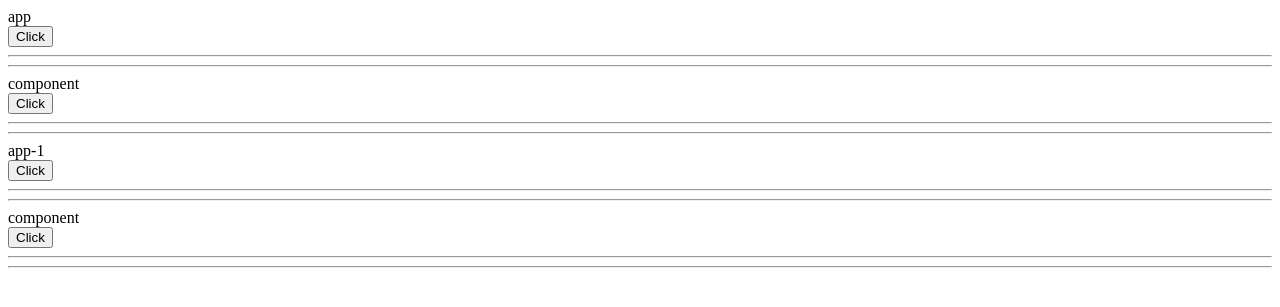
Repository: RyuGeunHwan/code_J
Page: Vuejs/22-08-10 vuejs Vue컴포넌트.html
An editor plug-in stored every save of this project. The page is shown before and after the next save, followed by the edit.
The browser window is 1280 px wide. The pictures show the whole page.

Above is the page before, as saved 2022-08-10 13:38:44.

After the next save:
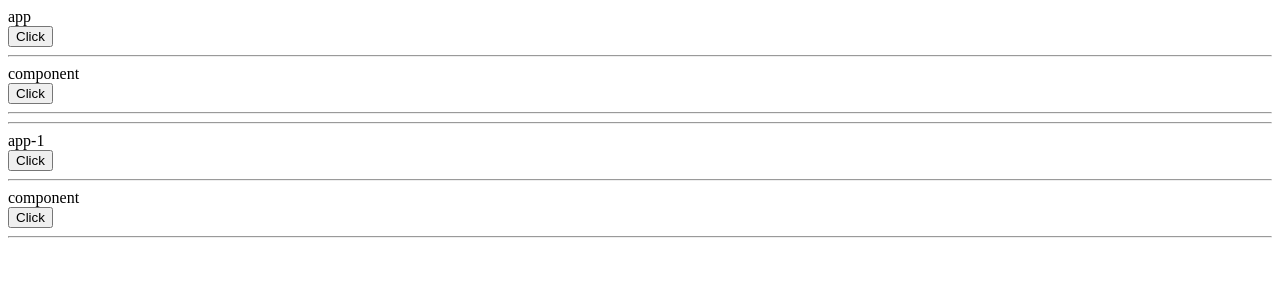
Saved 74 s later.
--- a/Vuejs/22-08-10 vuejs Vue컴포넌트.html
+++ b/Vuejs/22-08-10 vuejs Vue컴포넌트.html
@@ -13,7 +13,7 @@
         <!-- button을 누르게 되면 #app-1의 name인 app-1이 app updated로 바뀌게된다. Vue인스턴스를 변수에 넣어서 사용하였기 때문에. -->
         <button @click="changeText">Click</button>
 
-        <hr><hr>
+        <hr>
         <!-- component의 사용은 설정해주었던 이름을 태그로 사용해주면 된다. -->
         <kossie-button></kossie-button>
     </div>
@@ -22,10 +22,10 @@
         {{name}} <br>
         <button @click="changeText">Click</button>
 
-        <hr><hr>
+        <hr>
 
         <kossie-button></kossie-button>
-        <hr><hr>
+        <hr>
     </div>
     </div>
     <script>
